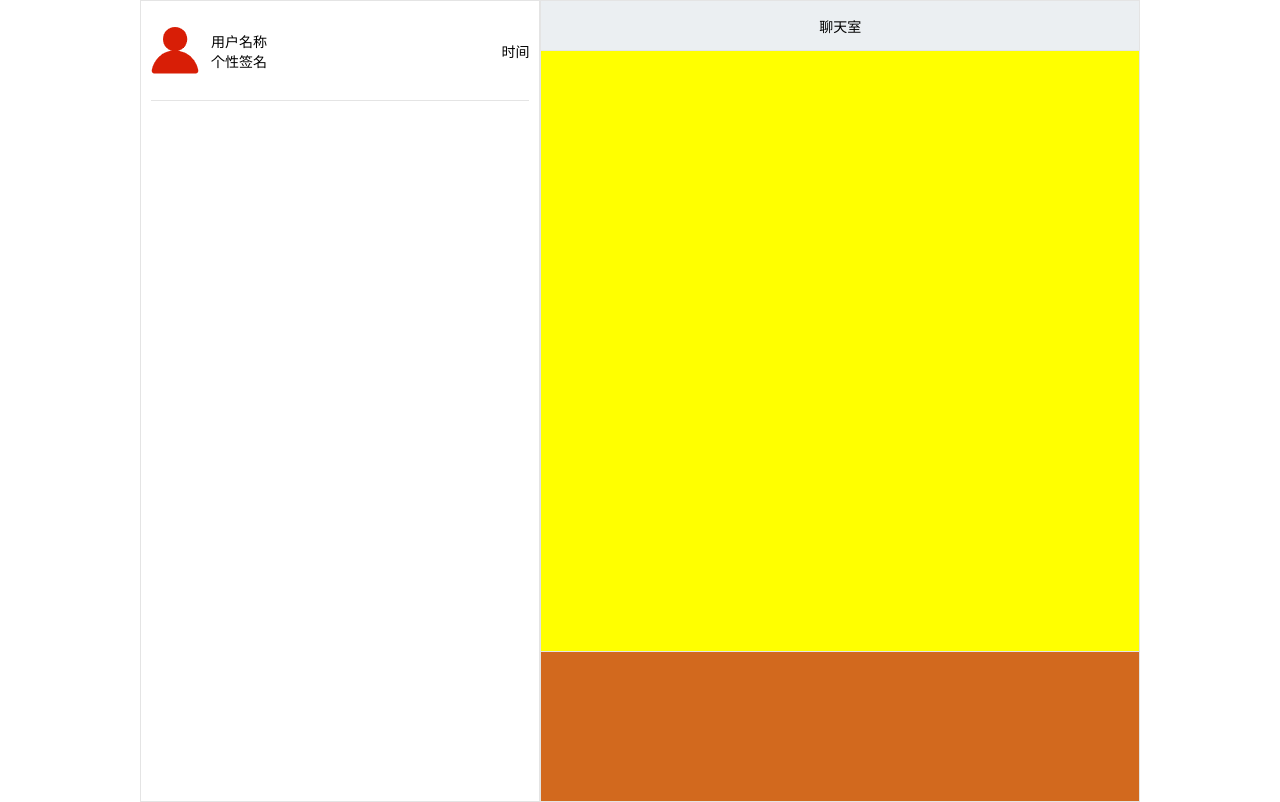
Repository: jinggegeZ/livechat
Page: /
The author's editor kept a copy of each file at every save. The page is drawn from the files as they stood at one save, then again after the next save.
The browser window is 1280 px wide. The pictures show the whole page.
The project was rebuilt for these pictures with package versions that can differ from the ones it lists, and the page was loaded fresh each time.

Above is the page before, as saved 2020-08-17 11:22:14.

After the next save:
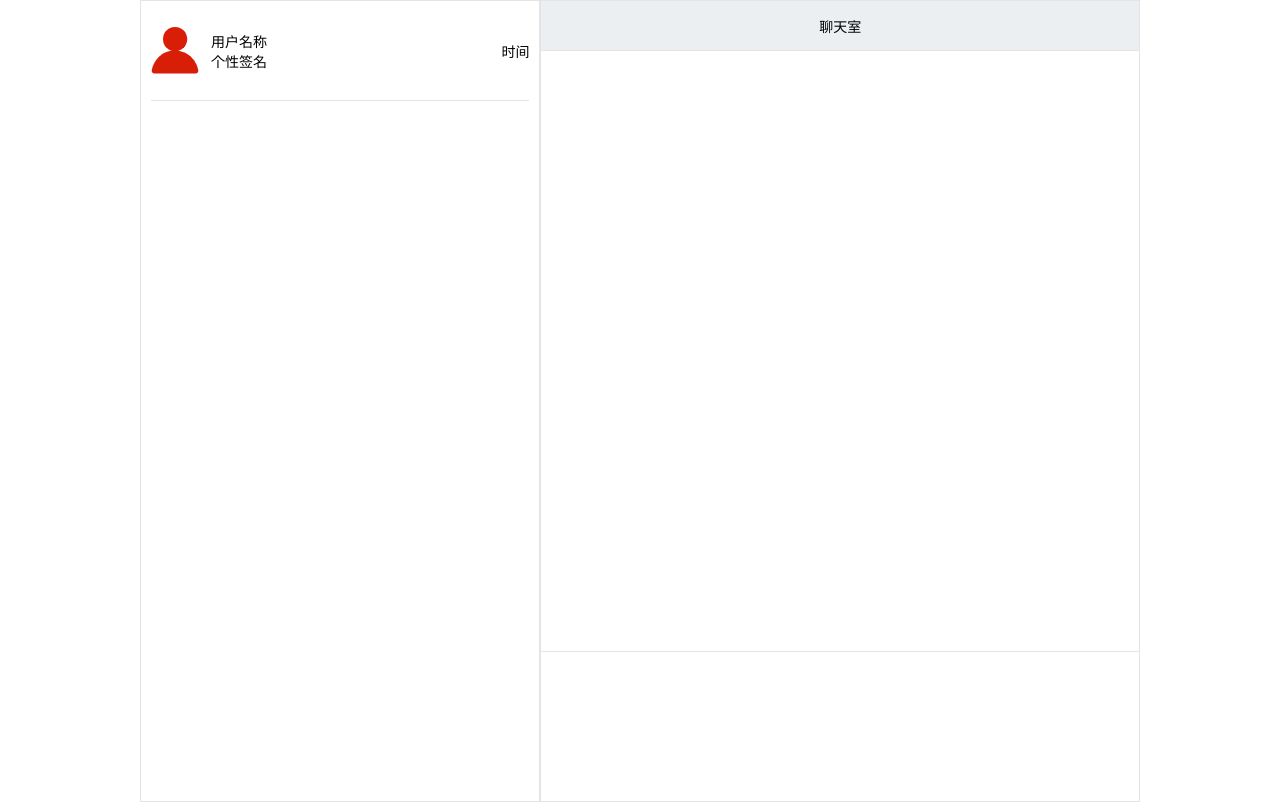
Saved 11 s later.
--- a/src/views/Home.vue
+++ b/src/views/Home.vue
@@ -98,7 +98,6 @@ export default {
 .box2 {
   flex: 6;
   height: 100%;
-  background: yellow;
   position: relative;
   border: 1px solid rgb(228, 228, 228);
 }
@@ -107,7 +106,6 @@ export default {
   bottom: 0;
   width: 100%;
   height: 149px;
-  background: chocolate;
   z-index: 1;
   border-top: 1px solid rgb(228, 228, 228);
 }
